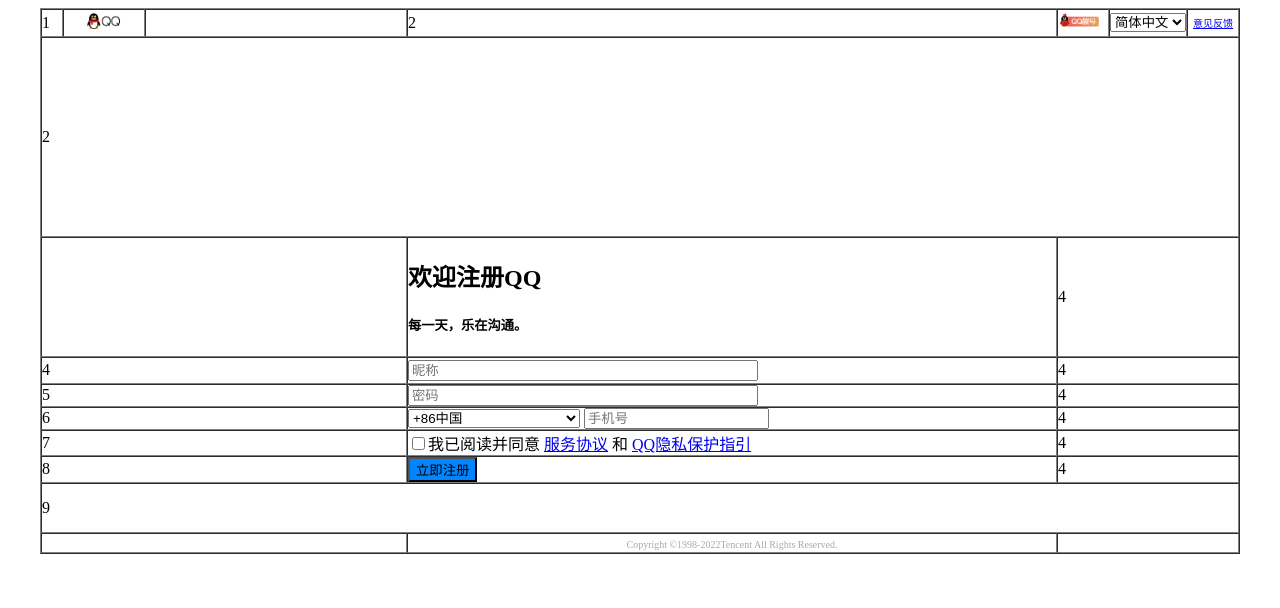
Repository: l897284707/0913
Page: qq注册界面.html
An editor plug-in stored every save of this project. The page is shown before and after the next save, followed by the edit.
The browser window is 1280 px wide. The pictures show the whole page.

Above is the page before, as saved 2022-09-13 21:18:28.

After the next save:
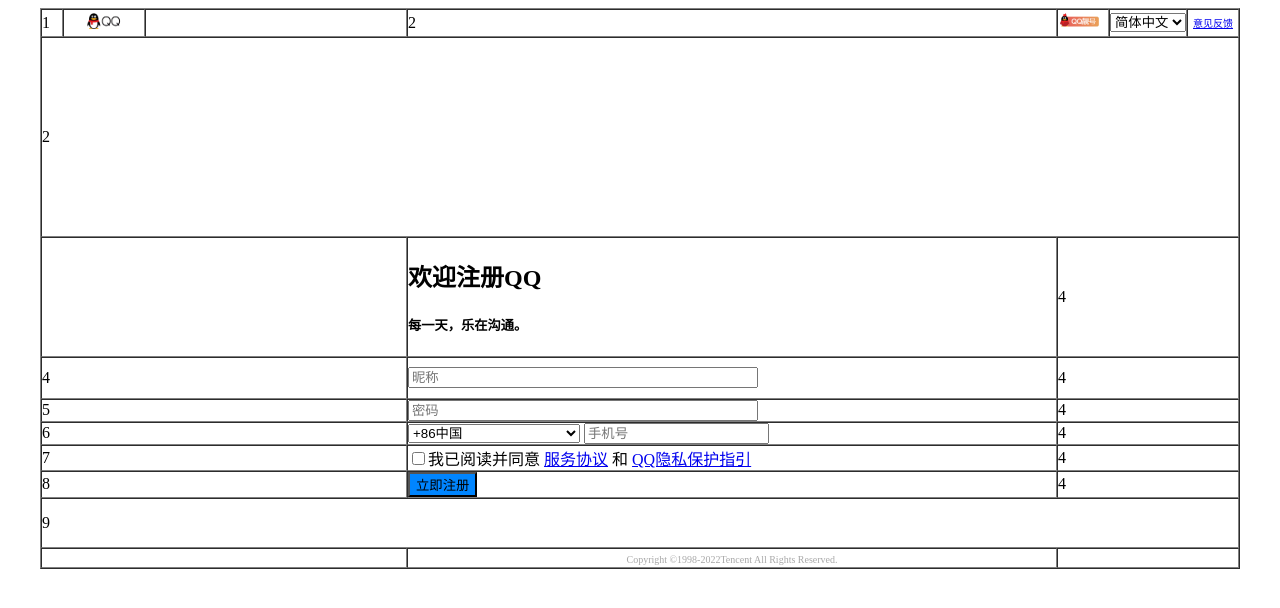
Saved 8 s later.
--- a/qq注册界面.html
+++ b/qq注册界面.html
@@ -45,7 +45,7 @@
         </tr>
         <tr>
             <td colspan="3">4</td>
-            <td style="height: 25px;">
+            <td style="height: 40px;">
                 <input type="text" placeholder="昵称" style="width:342px ;  ">
             </td>
             <td colspan="4">4</td>
